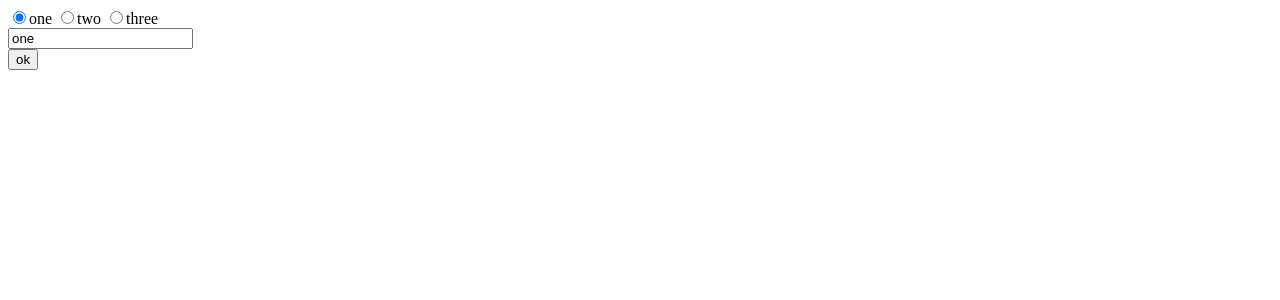
Repository: 5anniversary/JSPhw
Page: http://localhost/lecture1/test/mid2.jsp
The author's editor kept a copy of each file at every save. The page is drawn from the files as they stood at one save, then again after the next save.
The browser window is 1280 px wide. The pictures show the whole page.
The page is served by Tomcat 9. Other server files are loaded and not shown.

Above is the page before, as saved 2020-05-04 03:47:55.

### lecture1/WebContent/test/mid2.jsp
<%@ page language="java" contentType="text/html; charset=UTF-8"
    pageEncoding="UTF-8"%>
<!DOCTYPE html>
<html>
<head>
<meta http-equiv="Content-Type" content="text/html; charset=utf-8">
<meta name="viewport" content="width=device-width, initial-scale=1">
</head>
<body>
	<%
		String value = "one";
		String str = "";
		str = request.getParameter("number");
		if (str != null)
			value = str;
	%>
	<div class="container">
		<form action="mid2.jsp" method="get">
			<input type="radio" name="number" value="one" <% if(value=="one") {out.print("checked");} %>   >one
			<input type="radio" name="number" value="two"  <% if(value=="two") {out.print("checked");} %> >two
			<input type="radio" name="number" value="three"  <% if(value=="three") {out.print("checked");} %>>three
			<div>
				<input type="text" value="<%=value %>" />
			</div>
			<button type="submit" name="cmd" value="ok">ok</button>
		</form>
	</div>

</body>
</html>

After the next save:
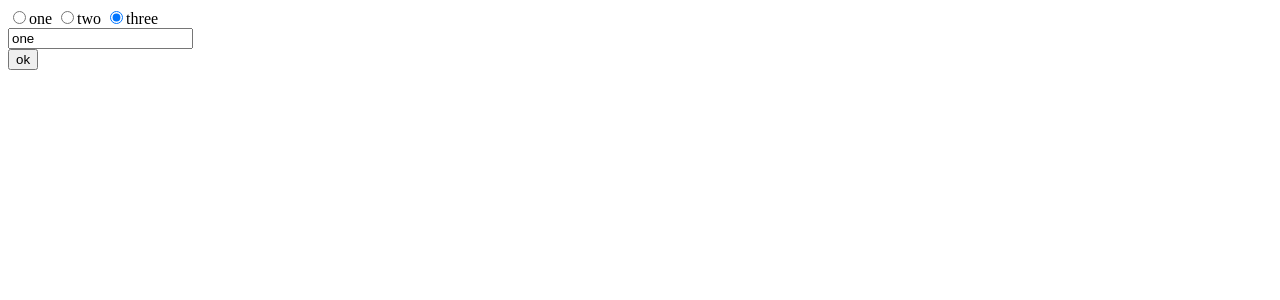
Saved 61 s later.
--- a/lecture1/WebContent/test/mid2.jsp
+++ b/lecture1/WebContent/test/mid2.jsp
@@ -16,9 +16,9 @@
 	%>
 	<div class="container">
 		<form action="mid2.jsp" method="get">
-			<input type="radio" name="number" value="one" <% if(value=="one") {out.print("checked");} %>   >one
-			<input type="radio" name="number" value="two"  <% if(value=="two") {out.print("checked");} %> >two
-			<input type="radio" name="number" value="three"  <% if(value=="three") {out.print("checked");} %>>three
+			<input type="radio" name="number" value="one" checked =<% if(value=="one") {out.print("checked");} %>   >one
+			<input type="radio" name="number" value="two"  checked =<% if(value=="two") {out.print("checked");} %> >two
+			<input type="radio" name="number" value="three"  checked =<% if(value=="three") {out.print("checked");} %>>three
 			<div>
 				<input type="text" value="<%=value %>" />
 			</div>

After the 3 saves that followed:
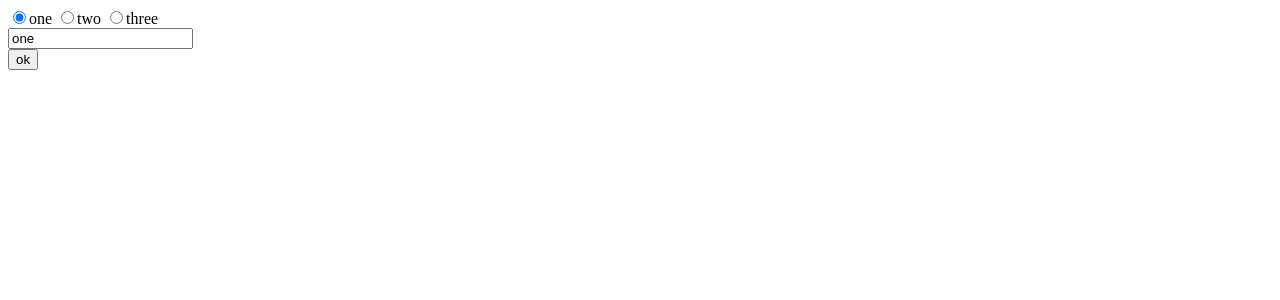
The 3 saves are shown as one change because 2 left the picture as it was.
The last was saved 45 s later.
--- a/lecture1/WebContent/test/mid2.jsp
+++ b/lecture1/WebContent/test/mid2.jsp
@@ -16,9 +16,9 @@
 	%>
 	<div class="container">
 		<form action="mid2.jsp" method="get">
-			<input type="radio" name="number" value="one" checked =<% if(value=="one") {out.print("checked");} %>   >one
-			<input type="radio" name="number" value="two"  checked =<% if(value=="two") {out.print("checked");} %> >two
-			<input type="radio" name="number" value="three"  checked =<% if(value=="three") {out.print("checked");} %>>three
+			<input type="radio" name="number" value="one" <% if(value=="one") {out.print("checked");} %>   >one
+			<input type="radio" name="number" value="two"  <% if(value=="two") {out.print("checked");} %> >two
+			<input type="radio" name="number" value="three"  <% if(value=="three") {out.print("checked");} %>>three
 			<div>
 				<input type="text" value="<%=value %>" />
 			</div>
